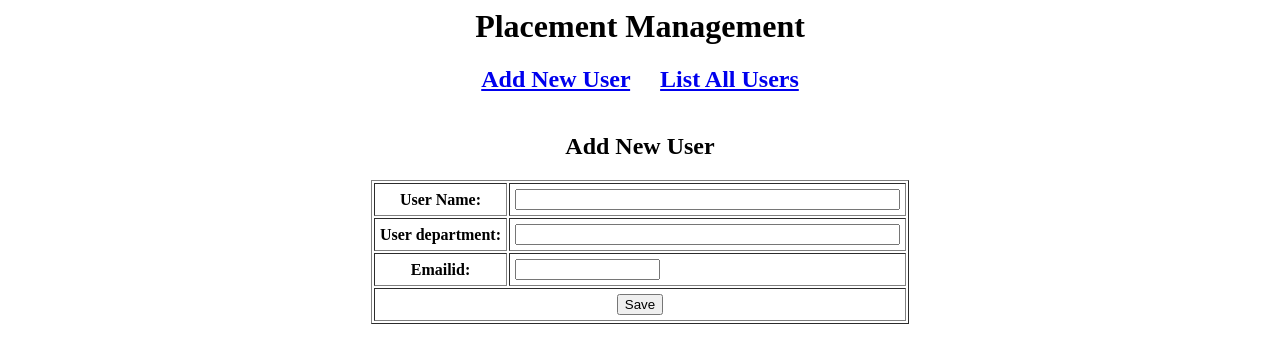
Repository: ashish086/javabascis
Page: http://localhost/placement/
An editor plug-in stored every save of this project. The page is shown before and after the next save, followed by the edit.
The browser window is 1280 px wide. The pictures show the whole page.
The page is served by Tomcat 9. Other server files are loaded and not shown.

Above is the page before, as saved 2021-08-26 05:43:36.

### placement/WebContent/user-form.jsp
<%@ page language="java" contentType="text/html; charset=UTF-8"
    pageEncoding="UTF-8"%>
<%@ taglib uri="http://java.sun.com/jsp/jstl/core" prefix="c" %>
<html>
<head>
 <title>Placement Management Application</title>
</head>
<body>
 <center>
  <h1>Placement Management</h1>
        <h2>
         <a href="new">Add New User</a>
         &nbsp;&nbsp;&nbsp;
         <a href="list">List All Users</a>

        </h2>
 </center>
    <div align="center">
  <c:if test="${user != null}">
   <form action="update" method="post">
        </c:if>
        <c:if test="${user == null}">
   <form action="insert" method="post">
        </c:if>
        <table border="1" cellpadding="5">
            <caption>
             <h2>
              <c:if test="${user != null}">
               Edit User
              </c:if>
              <c:if test="${user == null}">
               Add New User
              </c:if>
             </h2>
            </caption>
          <c:if test="${user != null}">
           <input type="hidden" name="id" value="<c:out value='${user.id}' />" />
          </c:if>
            <tr>
                <th>User Name: </th>
                <td>
                 <input type="text" name="name" size="45"
                   value="<c:out value='${user.name}' />"
                  />
                </td>
            </tr>
            <tr>
                <th>User department: </th>
                <td>
                 <input type="text" name="department" size="45"
                   value="<c:out value='${user.department}' />"
                 />
                </td>
            </tr>
            <tr>
                <th>Emailid: </th>
                <td>
                 <input type="text" name="emailid" size="15"
                   value="<c:out value='${user.emailid}' />"
                 />
                </td>
            </tr>
            <tr>
             <td colspan="2" align="center">
              <input type="submit" value="Save" />
             </td>
            </tr>
        </table>
        </form>
    </div>
</body>
</html>

After the next save:
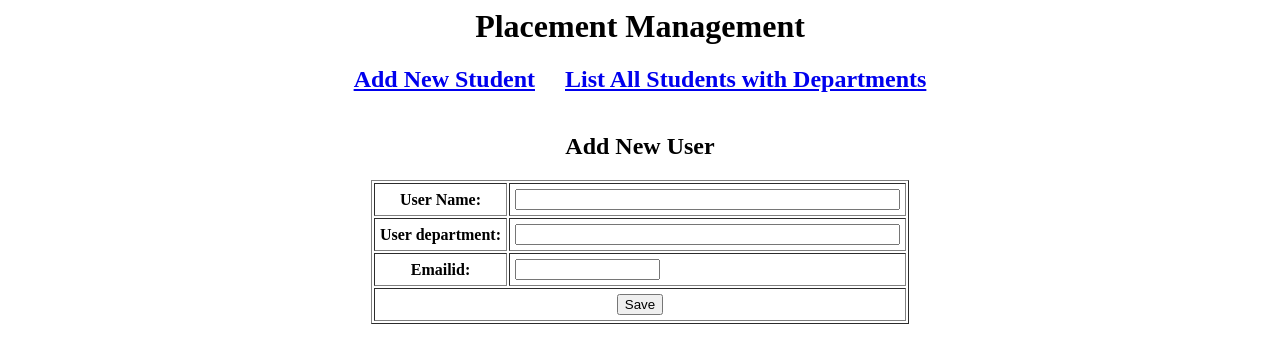
Saved 6 min 51 s later.
--- a/placement/WebContent/user-form.jsp
+++ b/placement/WebContent/user-form.jsp
@@ -9,9 +9,9 @@
  <center>
   <h1>Placement Management</h1>
         <h2>
-         <a href="new">Add New User</a>
+         <a href="new">Add New Student</a>
          &nbsp;&nbsp;&nbsp;
-         <a href="list">List All Users</a>
+         <a href="list">List All Students with Departments</a>
 
         </h2>
  </center>
